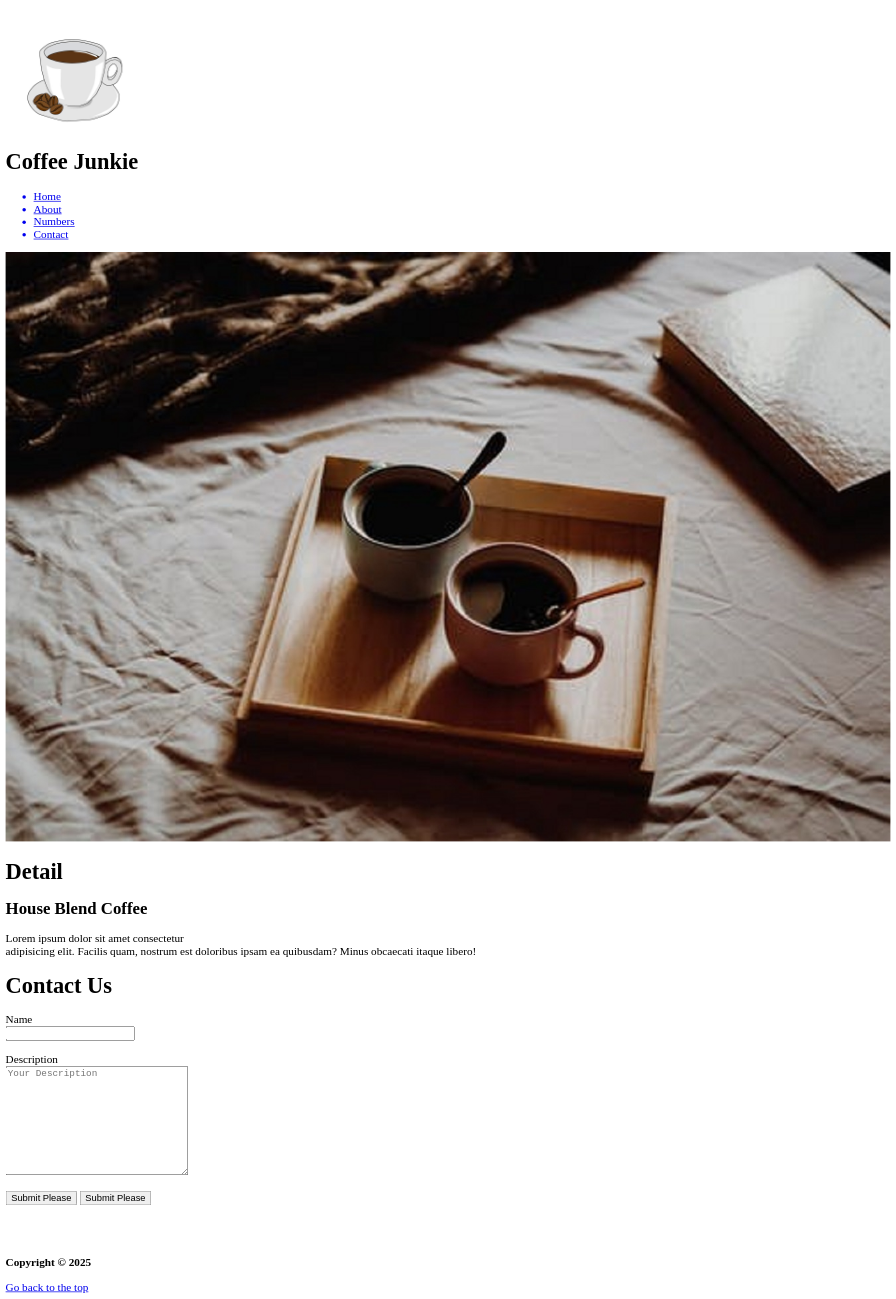
Repository: Tranghii/HTML-CSS
Page: HTML&CSS/miniExercise/index.html
The author's editor kept a copy of each file at every save. The page is drawn from the files as they stood at one save, then again after a run of saves.
The browser window is 1280 px wide. The pictures show the whole page, at 70% of full size.

Above is the page before, as saved 2025-10-11 22:17:35.

After the next 2 saves:
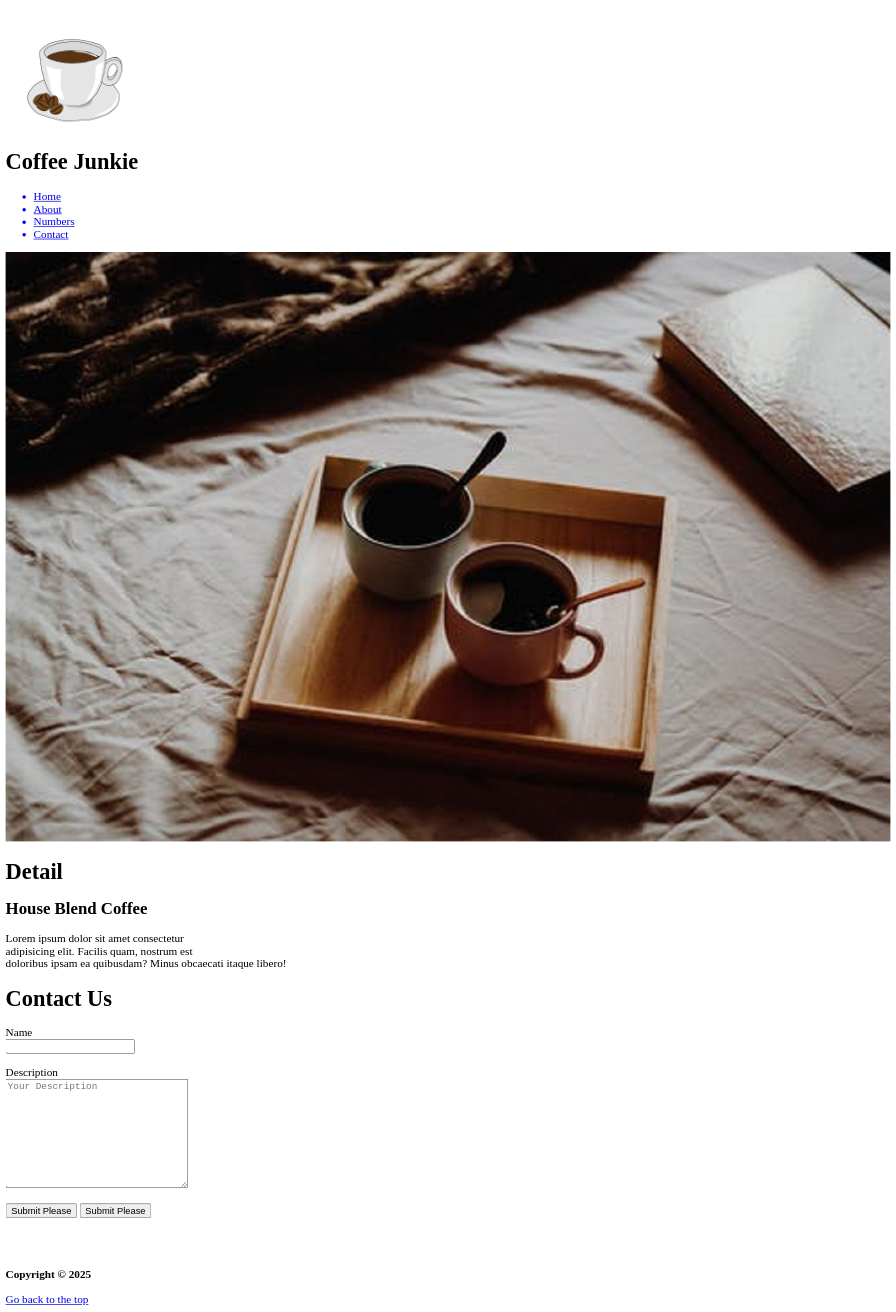
The 2 saves are shown as one change because they came seconds apart.
The last was saved 10 s later.
--- a/HTML&CSS/miniExercise/index.html
+++ b/HTML&CSS/miniExercise/index.html
@@ -21,7 +21,8 @@
             <h1>Detail</h1>
             <h2>House Blend Coffee</h2>
             <p>Lorem ipsum dolor sit amet consectetur <br>
-                 adipisicing elit. Facilis quam, nostrum est doloribus ipsam ea quibusdam? Minus obcaecati itaque libero!</p>
+                 adipisicing elit. Facilis quam, nostrum est <br>
+                  doloribus ipsam ea quibusdam? Minus obcaecati itaque libero!</p>
             <form action="">
                 <h1>Contact Us</h1>
                 <label for="">Name</label> <br>
